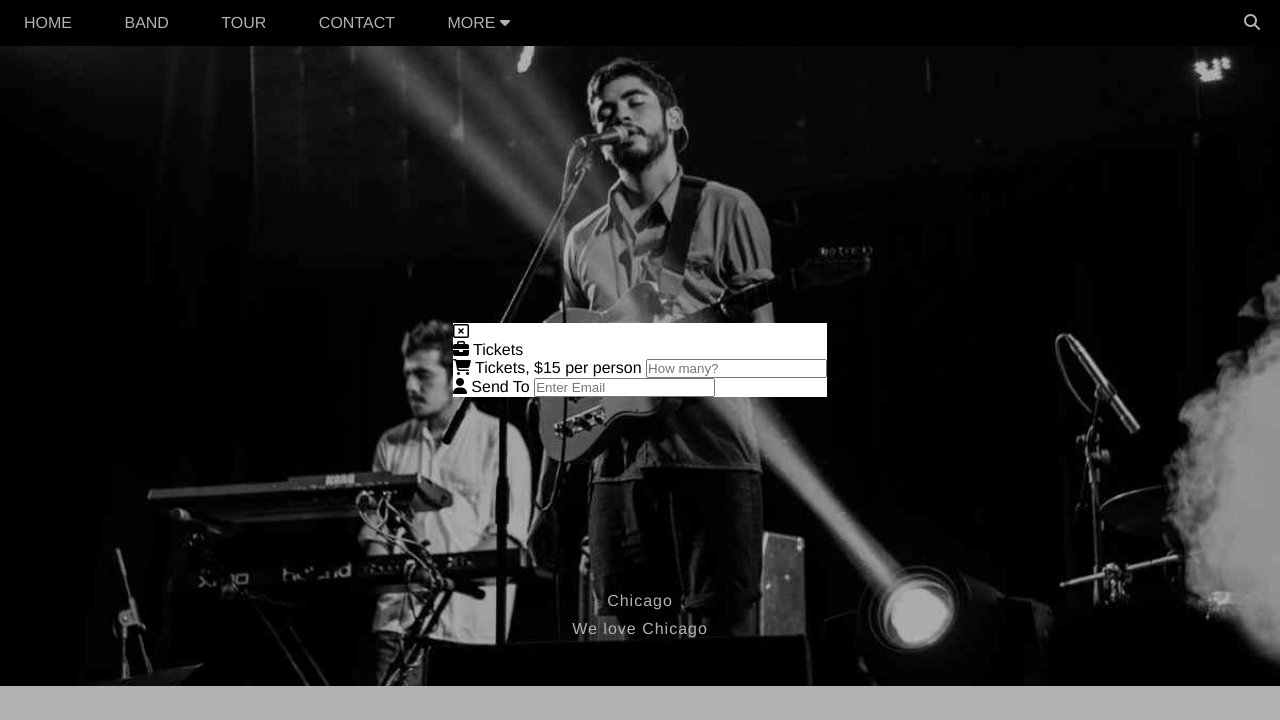
Repository: NguyenMinhChau/Theband
Page: index.html
The author's editor kept a copy of each file at every save. The page is drawn from the files as they stood at one save, then again after the next save.
The browser window is 1280 px wide. The pictures show the window.
A layer covers the whole window, so only the first screen is drawn. Some web libraries are served in a nearby version.

Above is the page before, as saved 2021-10-23 12:50:04.

### index.html
<!DOCTYPE html>
<html lang="en">
<head>
    <meta charset="UTF-8">
    <meta http-equiv="X-UA-Compatible" content="IE=edge">
    <meta name="viewport" content="width=device-width, initial-scale=1.0">
    <title>THE BAND</title>
    <link rel="icon" href="https://www.w3schools.com/w3css/img_la.jpg"/>
    <script src="https://kit.fontawesome.com/a7b0f58175.js" crossorigin="anonymous"></script>
    <link rel="stylesheet" href="./assets/css/style.css">
</head>
<body>
    <div id="main">
        <div id="header">
            <!-- Begin Navigation -->
            <ul id="nav">
                <li><a href="#">Home</a></li>
                <li><a href="#">Band</a></li>
                <li><a href="#">Tour</a></li>
                <li><a href="#">Contact</a></li>
                <li><a href="#">More <i class="fas fa-caret-down"></i></a>
                    <ul class="subnav">
                        <li><a href="#">Merchandise</a></li>
                        <li><a href="#">Extras</a></li>
                        <li><a href="#">Media</a></li>
                    </ul>
                </li>
            </ul>
            <!-- End Navigation -->

            <!-- Begin Search -->
            <div class="icon-search">
                <a href="#"><i class="header-icon-search fas fa-search"></i></a>
            </div>
            <!-- End Search -->
        </div>

        <div id="slider">
            <div class="description">
                <h4>Chicago</h4>
                <p>We love Chicago</p>
            </div>
        </div>

        <div id="content">
            <!-- section: dành cho những phần dùng chung -->
            <!-- ABOUT SECTION -->
            <div class="content-section">
                <h2 class="section-heading">The Band</h2>
                <p class="section-subheading">We love music</p>
                <p class="about-text">We have created a fictional band website. Lorem ipsum dolor sit amet, consectetur adipiscing elit, sed do eiusmod tempor incididunt ut labore et dolore magna aliqua. Ut enim ad minim veniam, quis nostrud exercitation ullamco laboris nisi ut aliquip ex ea commodo consequat. Duis aute irure dolor in reprehenderit in voluptate velit esse cillum dolore eu fugiat nulla pariatur. Excepteur sint occaecat cupidatat non proident, sunt in culpa qui officia deserunt mollit anim id est laborum consectetur adipiscing elit, sed do eiusmod tempor incididunt ut labore et dolore magna aliqua. Ut enim ad minim veniam, quis nostrud exercitation ullamco laboris nisi ut aliquip ex ea commodo consequat.</p>
                <div class="members-list">
                    <div class="member-item">
                        <p class="member-name">Name</p>
                        <img src="./assets/img/about_member01.jpg" alt="" class="member-avata">
                    </div>
                    <div class="member-item">
                        <p class="member-name">Name</p>
                        <img src="./assets/img/about_member01.jpg" alt="" class="member-avata">
                    </div>
                    <div class="member-item">
                        <p class="member-name">Name</p>
                        <img src="./assets/img/about_member01.jpg" alt="" class="member-avata">
                    </div>
                    <div class="clear"></div>
                </div>
            </div>

            <!-- TOUR SECTION -->
            <div class="tour-section">
                <div class="content-section">
                    <h2 class="section-heading text-white">Tours Dates</h2>
                    <p class="section-subheading text-white">Remember to book your tickets!</p>
                    <ul class="tickets-list">
                        <li>September <span class="sold-out">Sold out</span></li>
                        <li>October <span class="sold-out">Sold out</span></li>
                        <li>November <span class="quantity">3</span></li>
                    </ul>
                    <div class="places-list">
                        <div class="place-item">
                            <img src="./assets/img/tour_place01.jpg" alt="New York" class="place-img">
                            <div class="place-body">
                                <h3 class="place-heading">New York</h3>
                                <p class="place-time">Fri 27 Nov 2016</p>
                                <p class="plave-desc">Praesent tincidunt sed tellus ut rutrum sed vitae justo.</p>
                                <a href="#" class="place-buy-btn">Buy Tickets</a>
                            </div>
                        </div>
                        <div class="place-item">
                            <img src="./assets/img/tour_place_02.jpg" alt="New York" class="place-img">
                            <div class="place-body">
                                <h3 class="place-heading">Paris</h3>
                                <p class="place-time">Sat 28 Nov 2016</p>
                                <p class="plave-desc">Praesent tincidunt sed tellus ut rutrum sed vitae justo.</p>
                                <a href="#" class="place-buy-btn">Buy Tickets</a>
                            </div>
                        </div>
                        <div class="place-item">
                            <img src="./assets/img/tour_place_03.jpg" alt="New York" class="place-img">
                            <div class="place-body">
                                <h3 class="place-heading">San Francisco</h3>
                                <p class="place-time">Sun 29 Nov 2016</p>
                                <p class="plave-desc">Praesent tincidunt sed tellus ut rutrum sed vitae justo.</p>
                                <a href="#" class="place-buy-btn">Buy Tickets</a>
                            </div>
                        </div>
                        <div class="clear"></div>
                    </div>
                </div>
            </div>

            <!-- CONTACT SECTION -->
            <div class="content-section">
                <h2 class="section-heading">Contact</h2>
                <p class="section-subheading">Fan? Drop a note!</p>
            </div>
        </div>

        <div id="footer">

        </div>
    </div>
    <!-- BEGIN MODEL -->
    <div class="modal">
        <div class="modal-container">
            <div class="modal-close">
                <i class="far fa-window-close"></i>
            </div>

            <header class="modal-header">
                <i class="fas fa-briefcase"></i> Tickets
            </header>

            <div class="modal-body">
                <div class="form-group">
                    <label for="" class="modal-label">
                        <i class="fas fa-shopping-cart"></i>
                        Tickets, $15 per person
                    </label>
                    <input type="text" class="modal-input" placeholder="How many?">
                </div>
                <div class="form-group">
                    <label for="" class="modal-label">
                        <i class="fas fa-user"></i>
                        Send To
                    </label>
                    <input type="email" class="modal-input" placeholder="Enter Email">
                </div>
            </div>
        </div>
    </div>
    <!-- END MODAL -->
    <script src="assets/js/main.js"></script>
</body>
</html>

### assets/css/style.css
:root{
    --header-height: 46px;
}
*{
    box-sizing: border-box;
    margin: 0;
    padding: 0;
}

html{
    font-family: Helvetica, Arial, sans-serif;
}

.clear{
    clear: both;
}

.text-white{
    color: #fff !important;
}

/* BEGIN CSS HEADER */
#header{
    height: var(--header-height);
    background-color: #000;
    position: fixed;
    top: 0;
    left: 0;
    right: 0;
}

#nav{
    display: inline-block;
}

#nav,
#subnav{
    list-style-type: none;
}

#nav li{
    display: inline-block;
    position: relative;
}

#nav > li > a{
    color: #fff;
    text-transform: uppercase;
}

#nav li a {
    text-decoration: none;
    line-height: var(--header-height);
    padding: 0 24px;

    display: block;
}

#nav > li:hover > a,
#nav .subnav li:hover a {
    color: #000;
    background-color: #ccc;
}

#nav > li:hover .subnav{
    display: block;
}

#nav .subnav{
    display: none;
    position: absolute;
    background-color: #fff;
    box-shadow: 0 0 10px rgba(0,0,0,0.3);
    color: #000;
    top: 100%;
    left: 0;
}

#nav .subnav li a{
    color: #000;
    padding: 0 12px;
    line-height: 38px;
    min-width: 160px;
}

#nav .subnav li{
    display: block;
}

#header .icon-search{
    /* position: absolute;
    top: 0;
    right: 0; */
    float: right;
    line-height: var(--header-height);
    padding: 0 20px;
}

#header .icon-search a{
    text-decoration: none;
}

#header .icon-search:hover{
    background-color: rgb(255, 39, 39);
    cursor: pointer;
}

#header .icon-search .header-icon-search{
    color: #fff;
}
/* END CSS HEADER */


/* BEGIN CSS SLIDER */
#slider{
    position: relative;
    margin-top: var(--header-height);
    /* Kỹ thuật tạo ảnh không bị méo khi thay đổi kích thước */
    padding-top: 50%; /* % là theo chiều ngang của chính nó*/

    /* Khi dùng padding như trên -> ta dùng bg-image để tạo ảnh vì có thể đổ ảnh từ padding */
    background: url('../img/slider_band_chicago.jpg') no-repeat center / cover;
    z-index: -1;
}

#slider .description{
    position: absolute;
    bottom: 0;
    left: 50%;
    transform: translateX(-50%);

    color: #fff;
    text-align: center;
    margin-bottom: 48px;
    letter-spacing: 1px;
}

#slider .description h4,
#slider .description p{
    text-shadow: 0 0 10 rgba(0,0,0,0.5);
}

#slider .description h4{
    font-weight: 540;
    padding: 10px 0;
}
/* END CSS SLIDER */

/* BEGIN CSS CONTENT */
/* CSS ABOUT */
#content .content-section{
    width: 800px;
    margin: auto;
    padding: 64px 0;
}

#content .section-heading,
#content .section-subheading{
    text-align: center;
}

#content .section-heading{
    font-size: 30px;
    font-weight: 500;
    text-transform: uppercase;
    letter-spacing: 4px;
}

#content .section-subheading{
    font-size: 15px;
    font-style: italic;
    margin: 25px 0;
    opacity: 0.7;
}

#content .about-text{
    text-align: justify;
    font-size: 15px;
    line-height: 1.4;
}

#content .members-list{
    margin-top: 48px;
}

#content .member-item{
    float: left;
    text-align: center;
    width: calc(100% / 3);
}

#content .member-name{
    font-size: 15px;
}

#content .member-avata{
    margin-top: 15px;
    width: 154px;
    border-radius: 5px;
}

/* CSS TOUR */
#content .tour-section{
    background-color: #000;
}

#content .tickets-list{
    background-color: #fff;
    margin: 40px 0;
    list-style: none;
}

#content .tickets-list li{
    font-size: 15px;
    padding: 12px 16px;
    border-bottom: 1px solid #ddd;
    color: #757575;
}

#content .tickets-list .sold-out{
    background-color: #f44336;
    color: #fff;
    padding: 3px 4px;
    margin-left: 16px;
}

#content .tickets-list .quantity{
    float: right;
    background-color: #000;
    border-radius: 50%;
    width: 24px;
    height: 24px;
    color: #fff;
    text-align: center;
    line-height: 24px;
    margin-top: -3px;
}

#content .tour-section .places-list{
    margin: 0 -8px 48px;
}

#content .place-item{
    float: left;
    width: calc(100% / 3);
    padding: 0 8px;
}

#content .place-img{
    width: 100%;
    display: block;
}

#content .place-img:hover{
    opacity: 0.7;
}

#content .place-body{
    background-color: #fff;
    padding: 16px;
    font-size: 15px;
}

#content .place-heading{
    font-weight: 550;
}

#content .place-time{
    margin: 15px 0;
    color: #757575;
}

#content .plave-desc{
    line-height: 1.4;
}

#content .place-buy-btn{
    text-decoration: none;
    background-color: #000;
    color: #fff;
    padding: 11px 16px;
    /* Khắc phục tình trạng button che thẻ description */
    display: inline-block;
    margin-top: 15px;
}

#content .place-buy-btn:hover{
    background-color: #ccc;
    color: #000;
}
/* END CSS CONTENT */


#footer{

}

/* BEGIN CSS MODAL */
.modal{
    position: fixed;
    top: 0;
    bottom: 0;
    right: 0;
    left: 0;
    background: rgba(0,0,0,0.3);
    display: flex;
    align-items: center;
    justify-content: center;
}

.modal-container{
    background-color: #fff;
    width: calc(900px;
    min-height: 200px;
}

.modal-close{

}

.modal-header{

}

.modal-body{

}

.modal-label{

}

.modal-input{

}
/* END CSS MODAL */

Loaded but not shown: assets/js/main.js (no stored copy; drawn as an empty file)

After the next save:
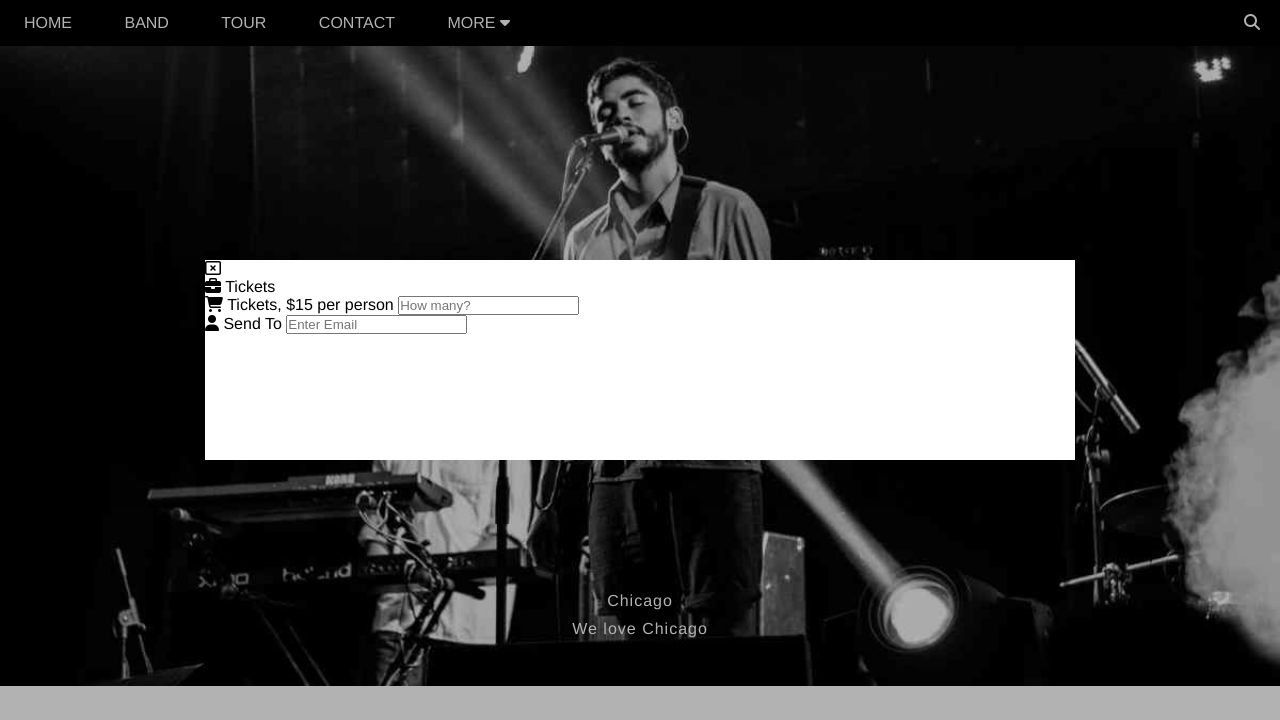
Saved 4 s later.
--- a/assets/css/style.css
+++ b/assets/css/style.css
@@ -310,7 +310,7 @@
 
 .modal-container{
     background-color: #fff;
-    width: calc(900px;
+    width: calc(900px - 30px);
     min-height: 200px;
 }
 
